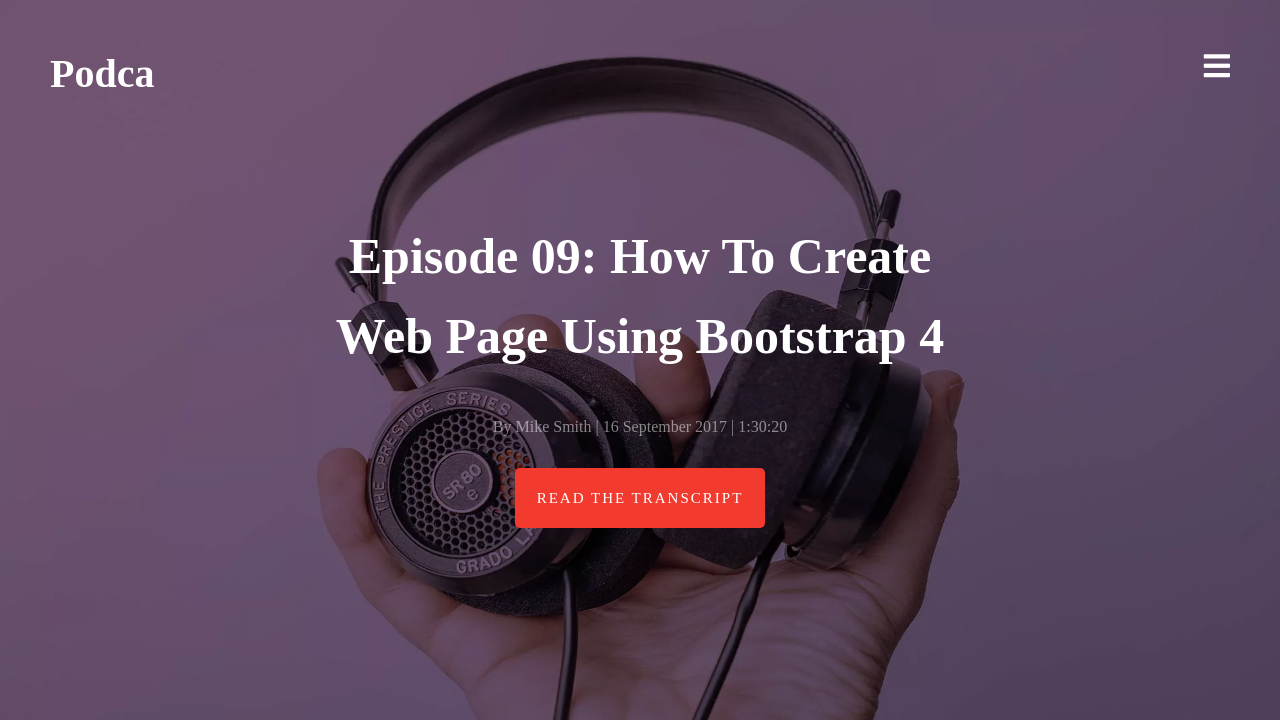
Repository: nhutduy0803/template2
Page: index.html
The author's editor kept a copy of each file at every save. The page is drawn from the files as they stood at one save, then again after the next save.
The browser window is 1280 px wide. The pictures show the whole page.

Above is the page before, as saved 2021-12-08 18:49:21.

After the next save:
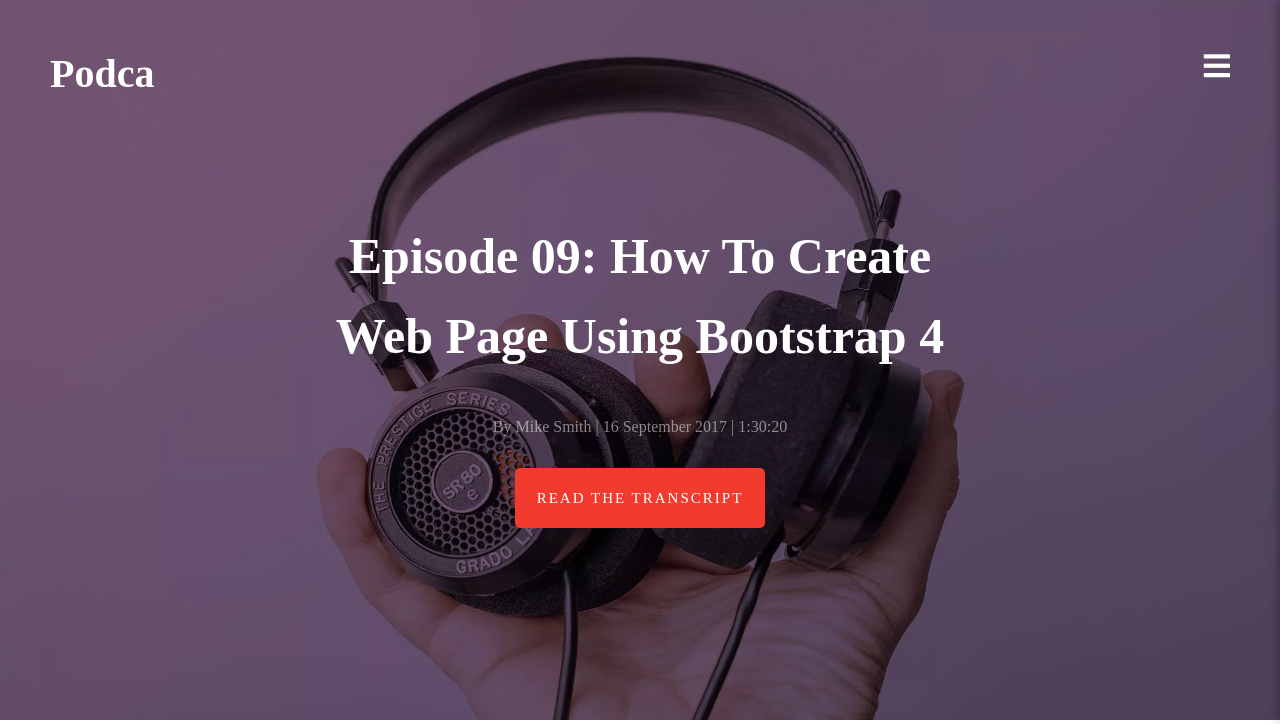
Saved 42 s later.
--- a/assets/css/style.css
+++ b/assets/css/style.css
@@ -94,6 +94,7 @@
   height: 100vh;
   position: fixed;
   transition: 0.3s;
+  box-shadow: 0 0 10px rgba(0, 0, 0, 0.4);
 }
 
 .sub-menu.openmenu {
